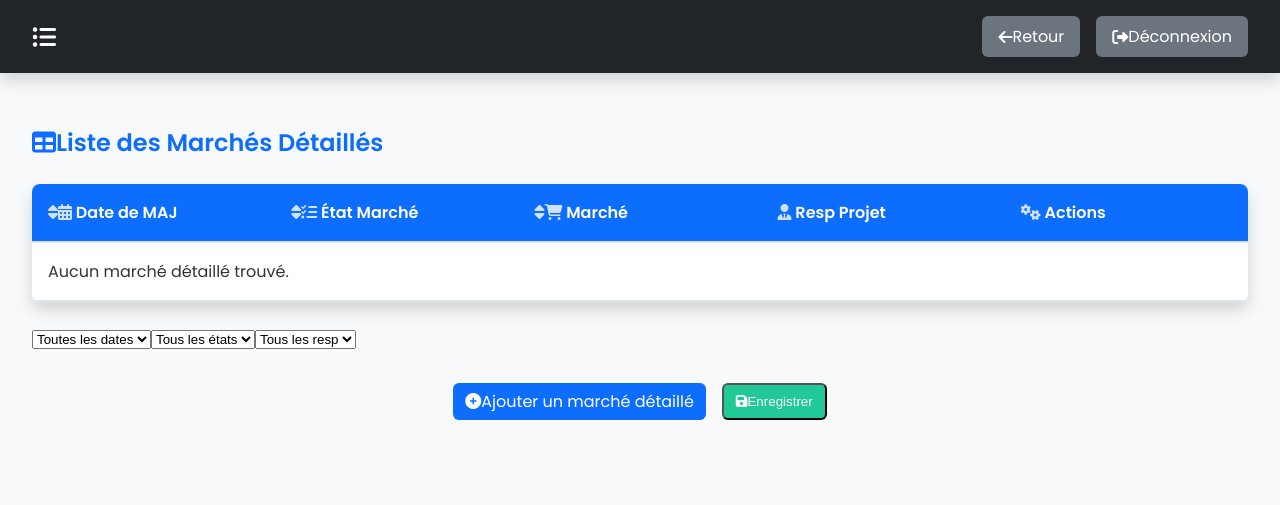
Repository: Andriatiana669/Retour_XP
Page: dashboard/templates/dashboard/liste_marche.html
These files come from the project's save history. The page is drawn as it stood at one moment and after the next save; the edit follows.
The browser window is 1280 px wide. The pictures show the whole page.
The page is served by the project's application, run on Django 5.2 (manage.py). Other server files are loaded and not shown. The template is opened directly, without the code that normally fills it, so the values that code supplies are empty.

Above is the page before, as saved 2026-01-07 14:57:41.

### dashboard/templates/dashboard/liste_marche.html
{% load static %}
<!DOCTYPE html>
<html lang="fr">
<head>
    <meta charset="UTF-8">
    <meta name="viewport" content="width=device-width, initial-scale=1.0">
    <title>Liste des Marchés - {{ marche_global.nom }}</title>

    <link rel="stylesheet" href="{% static 'dashboard/css/liste_marche.css' %}">
    <link rel="stylesheet" href="https://cdnjs.cloudflare.com/ajax/libs/font-awesome/6.4.0/css/all.min.css">
    <link href="https://fonts.googleapis.com/css2?family=Poppins:wght@300;400;600&display=swap" rel="stylesheet">

    <!-- petite surcouche pour les boutons d'action -->
    <style>

    </style>
</head>
<body>
<header>
    <h1><i class="fas fa-list-ul me-2"></i>{{ marche_global.nom }}</h1>
    <nav>
        <a href="{% url 'dashboard:dashboard' %}"><i class="fas fa-arrow-left me-1"></i>Retour</a>
        <a href="{% url 'authentification:logout' %}"><i class="fas fa-sign-out-alt me-1"></i>Déconnexion</a>
    </nav>
</header>

<main>
<h2><i class="fas fa-table me-2" style="color: #0d6efd;"></i>
    <span style="color: #0d6efd;">Liste des Marchés Détaillés</span>
</h2>

<div class="mb-3" id="filtersBar">
    <table class="marches-table">
        <thead>
        <tr>
            <th><i class="fas fa-calendar-alt me-1"></i> Date de MAJ</th>
            <th><i class="fas fa-tasks me-1"></i> État Marché</th>
            <th><i class="fas fa-shopping-cart me-1"></i> Marché</th>
            <th><i class="fas fa-user-tie me-1"></i> Resp Projet</th>
            <th><i class="fas fa-cogs me-1"></i> Actions</th>
        </tr>
        </thead>
        <tbody>
        {% for marche in marches_detailles %}
        <tr data-id="{{ marche.id }}">
            <td>{{ marche.date_maj|date:"d/m/Y H:i" }}</td>

            <!-- État modifiable directement -->
            <td class="etat-cell">
                <form class="etat-inline" style="display:flex;gap:.25rem;align-items:center;">
                    {% csrf_token %}
                    <select name="etat" class="etat-select"
                            style="color:{{ marche.etat_affaire.couleur|default:'#6c757d' }};
                                background:{{ marche.etat_affaire.couleur_fond|default:'#f8f9fa' }};
                                border:1px solid {{ marche.etat_affaire.couleur|default:'#ced4da' }};
                                border-radius:.25rem;padding:.25rem .4rem;font-size:.85rem;font-weight:600;">
                    <option value="">– Non défini –</option>
                    {% for etat in etats %}
                        <option value="{{ etat.id }}"
                                {% if marche.etat_affaire.id == etat.id %}selected{% endif %}
                                style="color:{{ etat.couleur }};background:{{ etat.couleur_fond }};">
                        {{ etat.nom }}
                        </option>
                    {% endfor %}
                    </select>
                    <button type="submit" class="save-etat-btn"
                            style="background:transparent;border:none;color:var(--primary-color);cursor:pointer;">
                    <i class="fas fa-redo"></i>
                    </button>
                </form>
            </td>

            <td>{{ marche.nom_marche }}</td>
            <td>{{ marche.resp_marche }}</td>

            <!-- 3 boutons d'action -->
            <td>
                <div class="actions-cell">
                    <a href="{% url 'marches:description' marche.id %}" class="btn-voir">
                        <i class="fas fa-eye"></i> Voir
                    </a>
                    <a href="{% url 'dashboard:modifier_marche' marche.id %}" class="btn-voir" style="background:var(--secondary-color);">
                        <i class="fas fa-edit"></i> Modifier
                    </a>
                    <a href="{% url 'dashboard:supprimer_marche' marche.id %}" class="btn-voir" style="background:var(--danger-color);"
                    onclick="return confirm('Supprimer ce marché ?');">
                        <i class="fas fa-trash"></i> Supprimer
                    </a>
                </div>
            </td>
        </tr>
        {% empty %}
        <tr><td colspan="5" class="text-center">Aucun marché détaillé trouvé.</td></tr>
        {% endfor %}
        </tbody>
    </table>
</div>

<!-- Boutons centrés -->
<div class="center-buttons">
    <a href="{% url 'dashboard:ajouter_marche' marche_global.id %}" class="btn-voir">
        <i class="fas fa-plus-circle"></i> Ajouter un marché détaillé
    </a>
    <button id="saveAllEtats" class="btn-voir" style="background:var(--success-color);">
        <i class="fas fa-save"></i> <span> Enregistrer </span>
    </button>
</div>
</main>

<script src="{% static 'dashboard/js/liste_marche.js' %}"></script>
</body>
</html>

### Retour_XP/urls.py
"""
URL configuration for Retour_XP project.

The `urlpatterns` list routes URLs to views. For more information please see:
    https://docs.djangoproject.com/en/5.2/topics/http/urls/
Examples:
Function views
    1. Add an import:  from my_app import views
    2. Add a URL to urlpatterns:  path('', views.home, name='home')
Class-based views
    1. Add an import:  from other_app.views import Home
    2. Add a URL to urlpatterns:  path('', Home.as_view(), name='home')
Including another URLconf
    1. Import the include() function: from django.urls import include, path
    2. Add a URL to urlpatterns:  path('blog/', include('blog.urls'))
"""
# Retour_XP/urls.py
from django.contrib import admin
from django.urls import path, include
from django.conf import settings
from django.conf.urls.static import static

urlpatterns = [
    path('admin/', admin.site.urls),
    path('', include('authentification.urls')),
    path('dashboard/', include('dashboard.urls')),
    path('marches/', include('marches.urls')),
]

if settings.DEBUG:
    urlpatterns += static(settings.MEDIA_URL, document_root=settings.MEDIA_ROOT)
    urlpatterns += static(settings.STATIC_URL, document_root=settings.STATIC_ROOT)

### authentification/urls.py
# authentification/urls.py
from django.urls import path
from . import views

app_name = 'authentification'

urlpatterns = [
    path('', views.login_view, name='login'),
    path('logout/', views.custom_logout, name='logout'),   # ← nouvelle ligne
]

### dashboard/urls.py
# dashboard/urls.py
from django.urls import path
from . import views

app_name = 'dashboard'

urlpatterns = [
    path('', views.dashboard_view, name='dashboard'),
    path('marche/<int:marche_global_id>/', views.liste_marche_view, name='liste_marche'),
    path('marche/<int:marche_global_id>/ajouter/', views.ajouter_marche_view, name='ajouter_marche'),
    path('marche/change-etat/<int:pk>/', views.change_etat_view, name='change_etat'),
    path('marche/modifier/<int:pk>/', views.modifier_marche_view, name='modifier_marche'),
    path('marche/supprimer/<int:pk>/', views.supprimer_marche_view, name='supprimer_marche'),
]

### marches/urls.py
# marches/urls.py
from django.urls import path
from . import views

app_name = 'marches'

urlpatterns = [
    path('description/<int:marche_detaille_id>/', views.description_view, name='description'),
]

### dashboard/static/dashboard/css/liste_marche.css
/* ===== RESET & VARIABLES ===== */
:root {
    --primary-color: #0d6efd;
    --secondary-color: #6c757d;
    --success-color: #20c997;
    --danger-color: #dc3545;
    --light-color: #f8f9fa;
    --dark-color: #212529;
    --shadow-sm: 0 0.125rem 0.25rem rgba(0, 0, 0, 0.075);
    --shadow-md: 0 0.5rem 1rem rgba(0, 0, 0, 0.15);
    --transition: all 0.3s ease;
    --hover-bg: rgba(13, 110, 253, 0.1);
    --border-color: #dee2e6;
}

body {
    font-family: 'Poppins', Arial, sans-serif;
    margin: 0;
    padding: 0;
    background-color: var(--light-color);
    color: #333;
}


.actions-cell {
    display:flex;
    gap:.4rem;
}
.actions-cell .btn-voir {
    padding:.3rem .6rem;
    font-size:.8rem;
}
.etat-select {
    max-width:160px;
    font-size:.85rem;
}
.save-etat-btn {
    background:var(--success-color);
    color:#fff;
    border:none;
    padding:.25rem .5rem;
    border-radius:.25rem;
    font-size:.8rem;
    cursor:pointer;
}
.center-buttons {
    display:flex;
    justify-content:center;
    gap:1rem;
    margin:2rem 0;
}

/* ===== HEADER ===== */
header {
    background-color: var(--dark-color);
    color: #fff;
    padding: 1rem 2rem;
    display: flex;
    justify-content: space-between;
    align-items: center;
    box-shadow: var(--shadow-md);
    position: sticky;
    top: 0;
    z-index: 100;
}

header h1 {
    margin: 0;
    font-size: 1.5rem;
    font-weight: 600;
    display: flex;
    align-items: center;
}

nav {
    display: flex;
    gap: 1rem;
}

nav a {
    color: #fff;
    text-decoration: none;
    padding: 0.5rem 1rem;
    background-color: var(--secondary-color);
    border-radius: 0.375rem;
    transition: var(--transition);
    display: flex;
    align-items: center;
}

nav a:hover {
    background-color: #5a6268;
    transform: translateY(-1px);
}

/* ===== MAIN CONTENT ===== */
main {
    padding: 2rem;
    max-width: 1400px;
    margin: 0 auto;
}

main h2 {
    margin-bottom: 1.5rem;
    display: flex;
    align-items: center;
    font-size: 1.5rem;
    color: var(--primary-color);
}

/* ===== TABLE STYLES ===== */
.marches-table {
    width: 100%;
    background: white;
    border-radius: 0.5rem;
    overflow: hidden;
    box-shadow: var(--shadow-md);
    border-collapse: separate;
    border-spacing: 0;
}

/* En-tête du tableau */
.marches-table thead {
    display: table;
    width: 100%;
    table-layout: fixed;
}

.marches-table th {
    background-color: var(--primary-color);
    color: white;
    padding: 1rem;
    text-align: left;
    font-weight: 600;
    border-bottom: 0px solid rgba(255, 255, 255, 0.2);
}

.marches-table th i {
    color: rgba(255, 255, 255, 0.8);
}

/* Corps du tableau */
.marches-table tbody {
    display: table;
    width: 100%;
    table-layout: fixed;
}

.marches-table td {
    padding: 1rem;
    border-bottom: 1px solid var(--border-color);
    vertical-align: middle;
}

/* Première ligne du tbody */
.marches-table tbody tr:first-child td {
    border-top: 2px solid var(--border-color);
    border-bottom: 2px solid var(--border-color);
}

/* Dernière ligne du tbody */
.marches-table tr:last-child td {
    border-top: 2px solid var(--border-color);
    border-bottom: 2px solid var(--border-color);
}

/* Animation au survol */
.marches-table tr {
    transition: var(--transition);
}

.marches-table tbody tr:hover {
    background-color: var(--hover-bg);
    transform: scale(1.005);
    box-shadow: inset 0 0 0 9999px var(--hover-bg);
}

/* ===== BADGES & BUTTONS ===== */
.etat-badge {
    padding: 0.375rem 0.75rem;
    border-radius: 0.375rem;
    font-size: 0.875rem;
    font-weight: 600;
    display: inline-block;
    min-width: 80px;
    text-align: center;
}

.btn-voir {
    padding: 0.375rem 0.75rem;
    background-color: var(--primary-color);
    color: white;
    text-decoration: none;
    border-radius: 0.375rem;
    transition: var(--transition);
    display: flex;
    align-items: center;
    justify-content: center;
    width: fit-content;
}

.btn-voir:hover {
    background-color: #0b5ed7;
    transform: translateY(-1px);
    cursor: pointer;
}

#filtersBar {
  display: flex;
  flex-wrap: wrap;
  gap: 1rem;              /* espace HORIZONTAL entre filtres */
  margin-bottom: 1.5rem;  /* espace VERTICAL avant le tableau */
  align-items: center;
}

#filtersBar .filter-label {
  font-weight: 600;
  color: var(--dark-color, #212529);
  font-size: .9rem;
  white-space: nowrap;
}

#filtersBar select {
  min-width: 180px;
  font-size: .85rem;
  padding: .35rem .5rem;
  border: 1px solid var(--border-color, #ced4da);
  border-radius: .25rem;
  background: #fff;
  transition: border-color .2s, box-shadow .2s;
}

#filtersBar select:focus {
  border-color: var(--primary-color, #0d6efd);
  box-shadow: 0 0 0 .15rem rgba(13,110,253,.25);
  outline: none;
}

/* ===== RESPONSIVE ===== */
@media (max-width: 768px) {
    .marches-table {
        font-size: 0.875rem;
    }

    .marches-table th,
    .marches-table td {
        padding: 0.75rem;
    }

    nav {
        flex-direction: column;
        align-items: flex-end;
    }
}

### dashboard/static/dashboard/js/liste_marche.js
/*  dashboard/static/dashboard/js/liste_marche.js  */
document.addEventListener('DOMContentLoaded', () => {
    /* ---------- UTILS ---------- */
    const $ = s => document.querySelector(s);
    const $$ = s => [...document.querySelectorAll(s)];

    const table   = $('.marches-table tbody');
    const rows    = $$('tr[data-id]');
    const csrf    = $('[name=csrfmiddlewaretoken]')?.value;

    /* ---------- TRI ---------- */
    let sortState = {}; // {colIndex: 1|-1}
    $$('thead th').forEach((th, idx) => {
        if (idx > 2) return; // on ne tri que les 3 premières colonnes
        th.style.cursor = 'pointer';
        th.insertAdjacentHTML('afterbegin', '<i class="fas fa-sort ms-1 text-muted"></i>');
        th.addEventListener('click', () => {
            const dir = (sortState[idx] || 1) * -1;
            sortState = {[idx]: dir};
            const sorted = [...rows].sort((a, b) => {
                let va = a.cells[idx].textContent.trim();
                let vb = b.cells[idx].textContent.trim();
                if (idx === 0) { // Date de MAJ
                    va = new Date(va.split('/').reverse().join('-'));
                    vb = new Date(vb.split('/').reverse().join('-'));
                }
                return va > vb ? dir : -dir;
            });
            sorted.forEach(r => table.appendChild(r));
        });
    });

    /* ---------- FILTRES ---------- */
    // 1) filtre Date
    const dateFilter = document.createElement('select');
    dateFilter.className = 'form-select form-select-sm d-inline-block w-auto me-3';
    dateFilter.innerHTML = `
        <option value="all">Toutes les dates</option>
        <option value="today">Aujourd'hui</option>
        <option value="week">Cette semaine</option>
        <option value="month">Ce mois</option>`;
    $('.center-buttons').before(dateFilter);

    // 2) filtre État
    const etatFilter = document.createElement('select');
    etatFilter.className = 'form-select form-select-sm d-inline-block w-auto me-3';
    etatFilter.innerHTML = '<option value="all">Tous les états</option>';
    const etats = [...new Set(rows.map(r => r.querySelector('select[name="etat"] option:checked')?.textContent.trim() || 'Non défini'))];
    etats.sort().forEach(e => etatFilter.innerHTML += `<option value="${e}">${e}</option>`);
    $('.center-buttons').before(etatFilter);

    // 3) filtre Resp
    const respFilter = document.createElement('select');
    respFilter.className = 'form-select form-select-sm d-inline-block w-auto me-3';
    respFilter.innerHTML = '<option value="all">Tous les resp</option>';
    const resps = [...new Set(rows.map(r => r.cells[3].textContent.trim()))];
    resps.sort().forEach(r => respFilter.innerHTML += `<option value="${r}">${r}</option>`);
    $('.center-buttons').before(respFilter);

    /* ---------- APPLICATION DES FILTRES ---------- */
    function applyFilters() {
        const dVal = dateFilter.value;
        const eVal = etatFilter.value;
        const rVal = respFilter.value;

        const now = new Date();
        const startOfWeek = new Date(now.setDate(now.getDate() - now.getDay()));
        const startOfMonth = new Date(now.getFullYear(), now.getMonth(), 1);

        rows.forEach(tr => {
            const dateTxt = tr.cells[0].textContent.trim();
            const dateRow = new Date(dateTxt.split('/').reverse().join('-'));
            const etatTxt = tr.querySelector('select[name="etat"] option:checked')?.textContent.trim() || 'Non défini';
            const respTxt = tr.cells[3].textContent.trim();

            let okDate = dVal === 'all' ||
                (dVal === 'today' && dateRow.toDateString() === new Date().toDateString()) ||
                (dVal === 'week' && dateRow >= startOfWeek) ||
                (dVal === 'month' && dateRow >= startOfMonth);

            let okEtat = eVal === 'all' || etatTxt === eVal;
            let okResp = rVal === 'all' || respTxt === rVal;

            tr.style.display = (okDate && okEtat && okResp) ? '' : 'none';
        });
    }
    dateFilter.addEventListener('change', applyFilters);
    etatFilter.addEventListener('change', applyFilters);
    respFilter.addEventListener('change', applyFilters);

    /* ---------- SAUVEGARDE RAPIDE DES ÉTATS ---------- */
    const saveBtn = $('#saveAllEtats');
    if (saveBtn) {
        saveBtn.addEventListener('click', async () => {
            let okCount = 0;
            for (const tr of rows) {
                if (tr.style.display === 'none') continue; // on ignore les lignes cachées
                const id = tr.dataset.id;
                const etatId = tr.querySelector('select[name="etat"]').value;
                try {
                    const resp = await fetch(`/dashboard/marche/change-etat/${id}/`, {
                        method: 'POST',
                        headers: {'X-CSRFToken': csrf, 'Content-Type': 'application/json'},
                        body: JSON.stringify({etat: etatId})
                    });
                    if (resp.ok) okCount++;
                } catch (e) { console.error(e); }
            }
            alert(`${okCount} état(s) mis à jour`);
            location.reload();
        });
    }
});

After the next save:
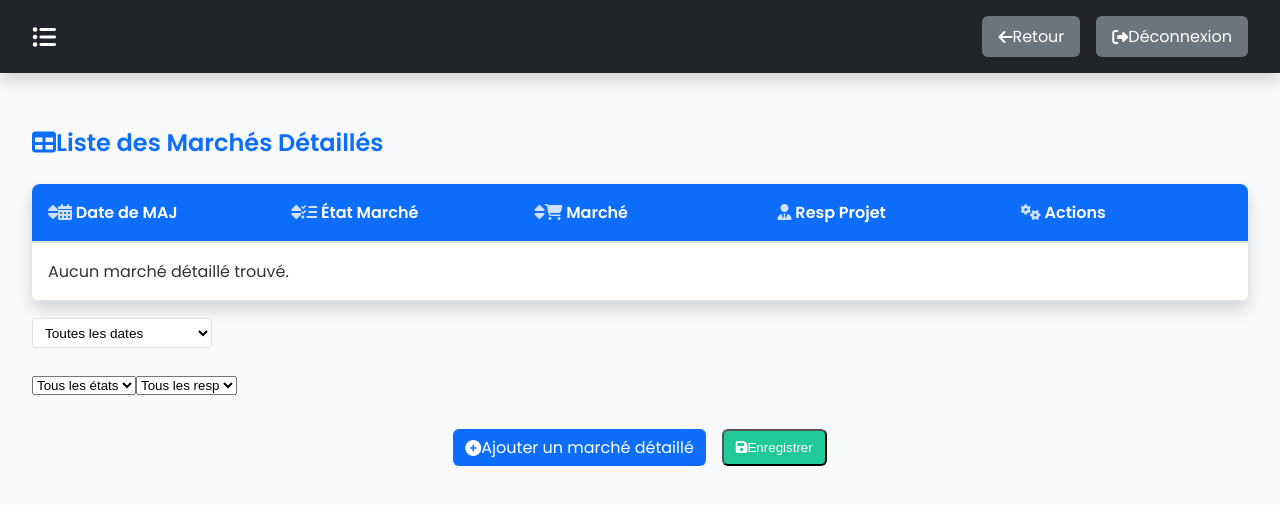
Saved 3 min 26 s later.
--- a/dashboard/static/dashboard/js/liste_marche.js
+++ b/dashboard/static/dashboard/js/liste_marche.js
@@ -39,7 +39,7 @@ document.addEventListener('DOMContentLoaded', () => {
         <option value="today">Aujourd'hui</option>
         <option value="week">Cette semaine</option>
         <option value="month">Ce mois</option>`;
-    $('.center-buttons').before(dateFilter);
+    $('#filtersBar').append(dateFilter);
 
     // 2) filtre État
     const etatFilter = document.createElement('select');
